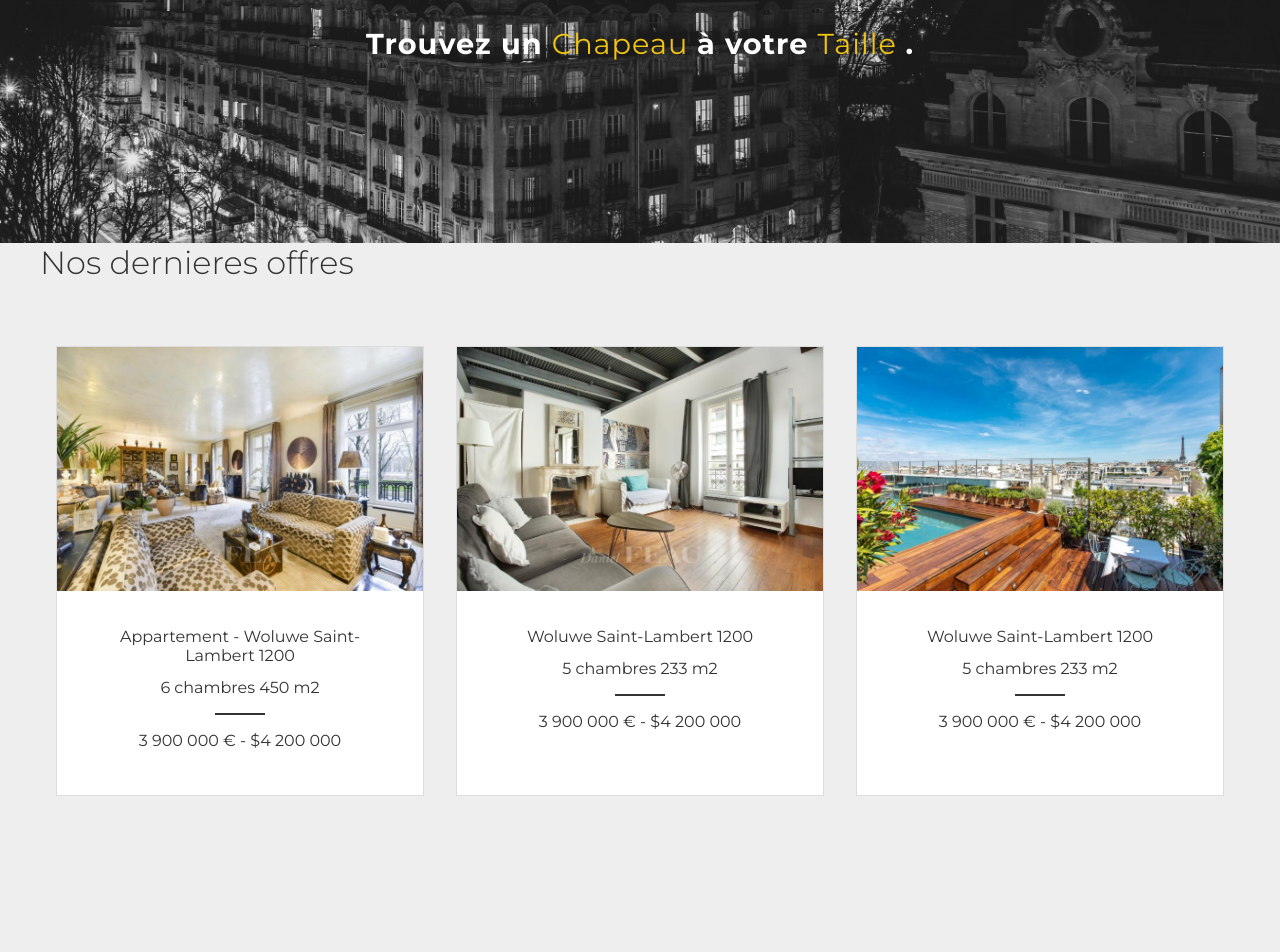
Repository: Hiliyeh/immo
Page: index.html
These files come from the project's save history. The page is drawn as it stood at one moment and after the next save; the edit follows.
The browser window is 1280 px wide. The pictures show the part of the page from y = 373 to 1325 px (the page is 3915 px tall before and 3995 px after).
Some web fonts or font styles are not loaded; a fallback is used. Some web libraries are served in a nearby version.

Above is the page before, as saved 2020-05-06 15:40:13.

After the next save:
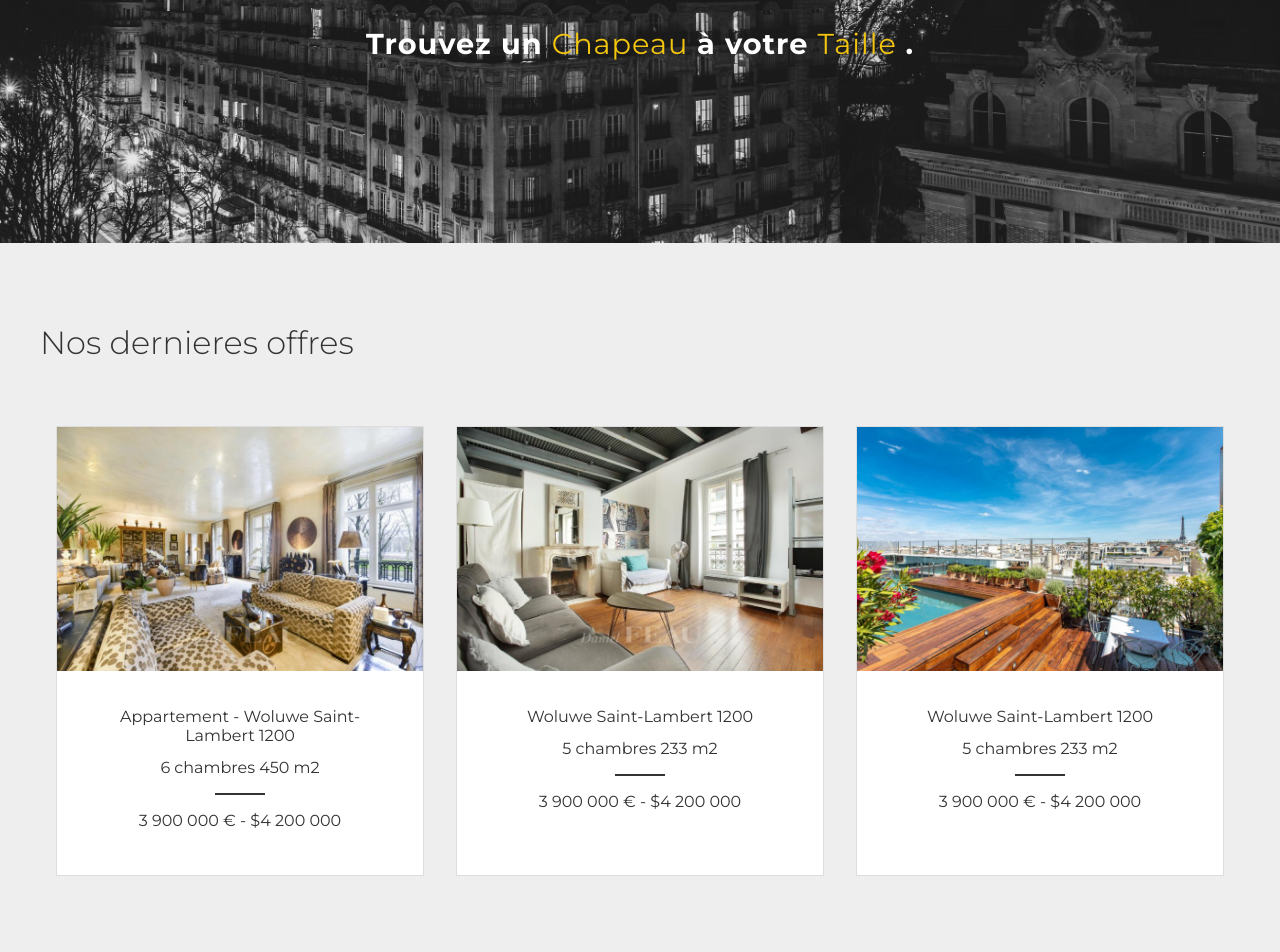
Saved 27 s later.
--- a/css/style.CSS
+++ b/css/style.CSS
@@ -93,7 +93,7 @@
   flex-direction: column;
   justify-content: center;
   align-items: center;
-  margin-bottom: -10rem;
+  margin-bottom: -5rem;
   background: url("../img/frame.jpg") center/cover;
   min-height:30rem ;
 }
